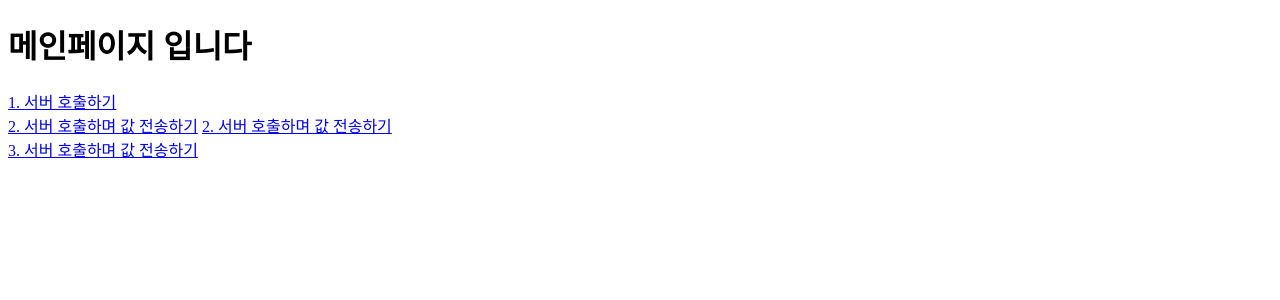
Repository: beescuit9510/toyProjects
Page: web-server-workplace/02_noDbProject/src/main/webapp/index.html
An editor plug-in stored every save of this project. The page is shown before and after the next save, followed by the edit.
The browser window is 1280 px wide. The pictures show the whole page.

Above is the page before, as saved 2021-09-29 05:48:07.

### web-server-workplace/02_noDbProject/src/main/webapp/index.html
<!DOCTYPE html>
<html>
<head>
<meta charset="UTF-8">
<title>Insert title here</title>
</head>
<body>
	<h1>메인페이지 입니다</h1>
	<a href="/requestServer">1. 서버 호출하기</a><br>
	<a href="/sendData1?test=abc&name=변덕">2. 서버 호출하며 값 전송하기</a>
	<a href="/sendData2?p1=abc&p2=변덕">2. 서버 호출하며 값 전송하기</a><br>
	<a href="/SendData3?age=11&name=변덕">3. 서버 호출하며 값 전송하기</a><br>
</body>
</html>

After the next save:
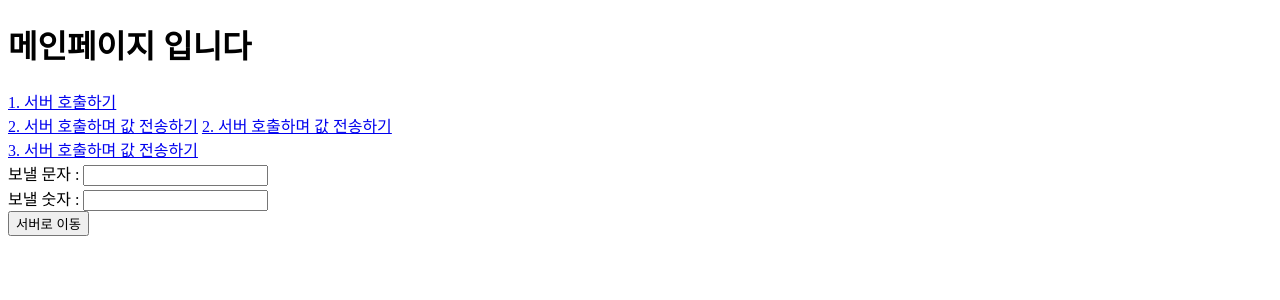
Saved 9 min 18 s later.
--- a/web-server-workplace/02_noDbProject/src/main/webapp/index.html
+++ b/web-server-workplace/02_noDbProject/src/main/webapp/index.html
@@ -10,5 +10,10 @@
 	<a href="/sendData1?test=abc&name=변덕">2. 서버 호출하며 값 전송하기</a>
 	<a href="/sendData2?p1=abc&p2=변덕">2. 서버 호출하며 값 전송하기</a><br>
 	<a href="/SendData3?age=11&name=변덕">3. 서버 호출하며 값 전송하기</a><br>
+	<form action="/SendData3" method="get">
+		보낼 문자 : <input type="text", mame="str"><br>
+		보낼 숫자 : <input type="text", mame="num"><br>
+		<input type="submit" value="서버로 이동">
+	</form>
 </body>
 </html>
